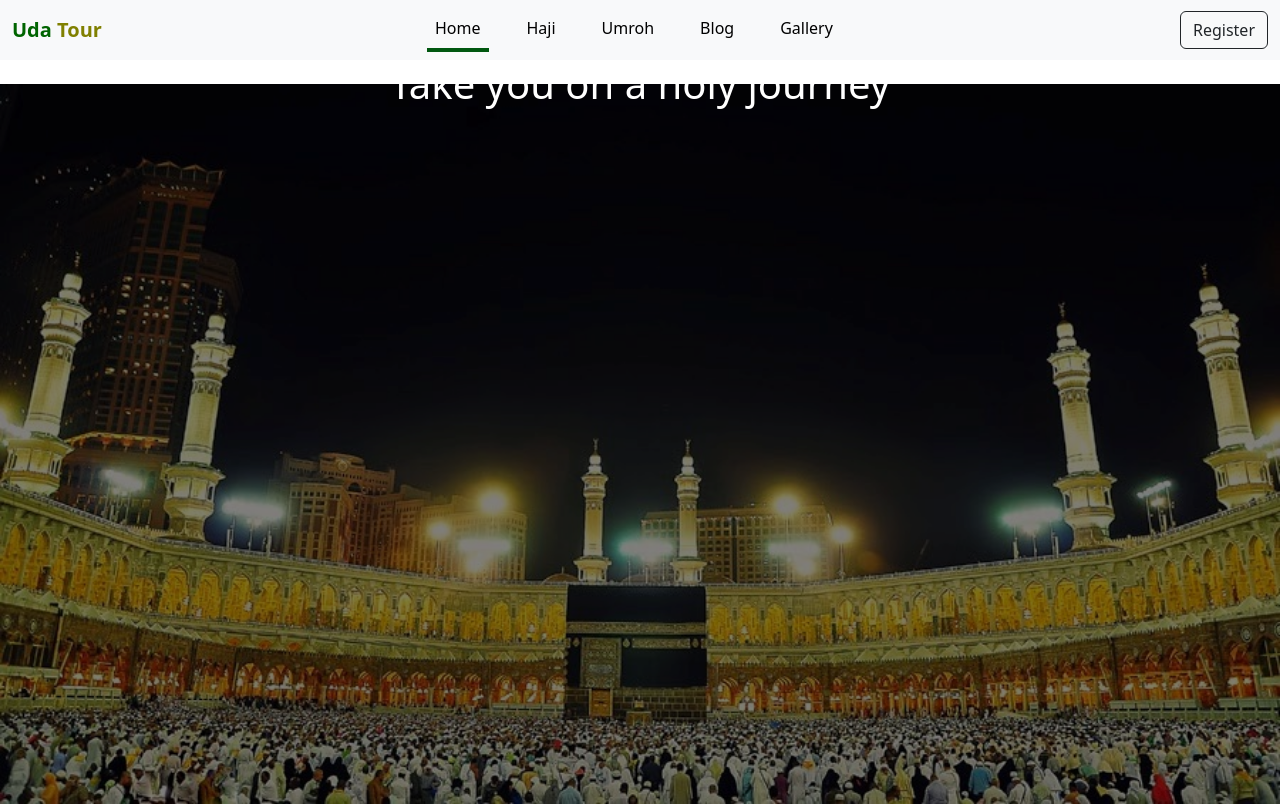
Repository: Putrabobi/Task7
Page: index.html
An editor plug-in stored every save of this project. The page is shown before and after the next save, followed by the edit.
The browser window is 1280 px wide. The pictures show the whole page.

Above is the page before, as saved 2024-03-25 10:35:02.

After the next save:
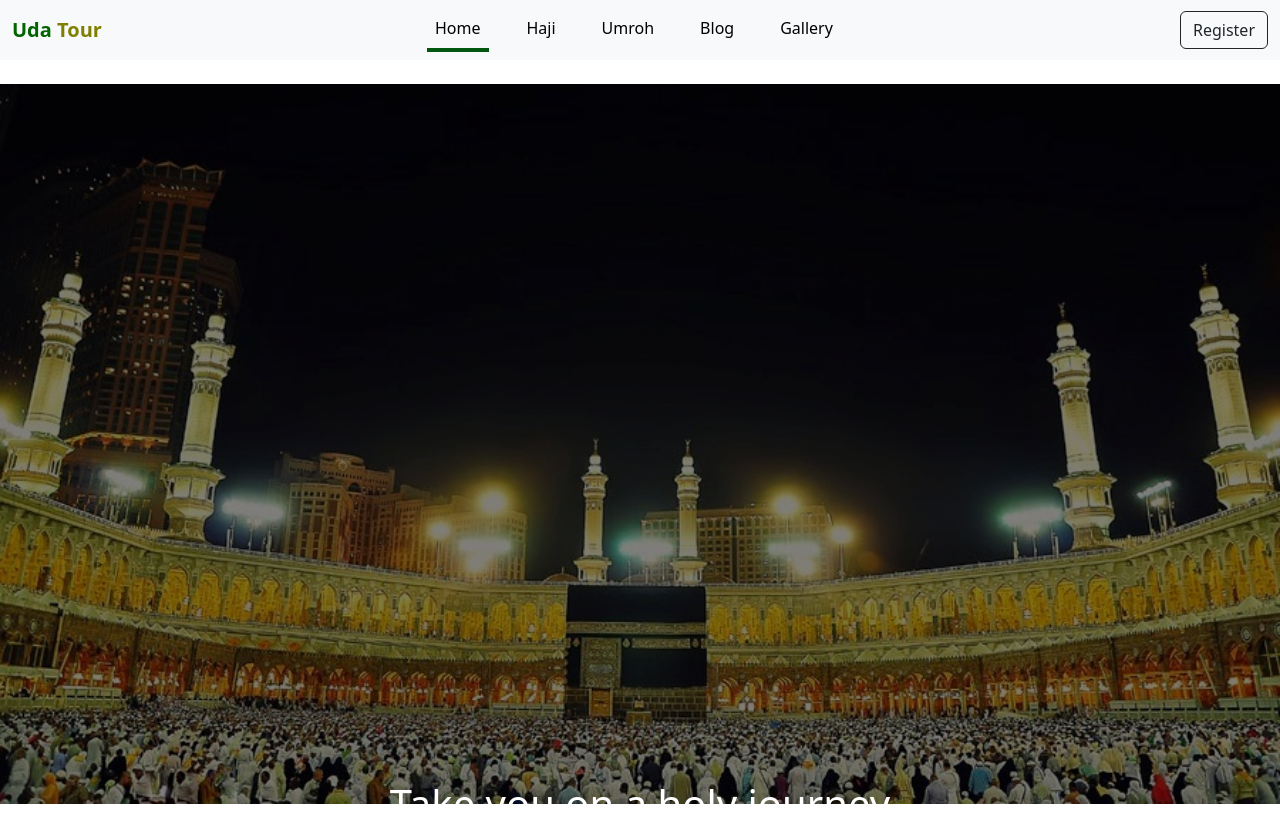
Saved 54 s later.
--- a/index.html
+++ b/index.html
@@ -48,7 +48,7 @@
 
     <div class="container-fluid p-0 position-relative">
         <img src="images/mekkah.jpg" style="filter: brightness(50%);" alt="Mekkah" width="100%">
-        <h1 class="position-absolute top-0 start-50 translate-middle text-center" style="color: white;">Take you on a holy journey</h1>
+        <h1 class="position-absolute top-25 start-50 translate-middle text-center" style="color: white;">Take you on a holy journey</h1>
     </div>
 
 

After the 3 saves that followed:
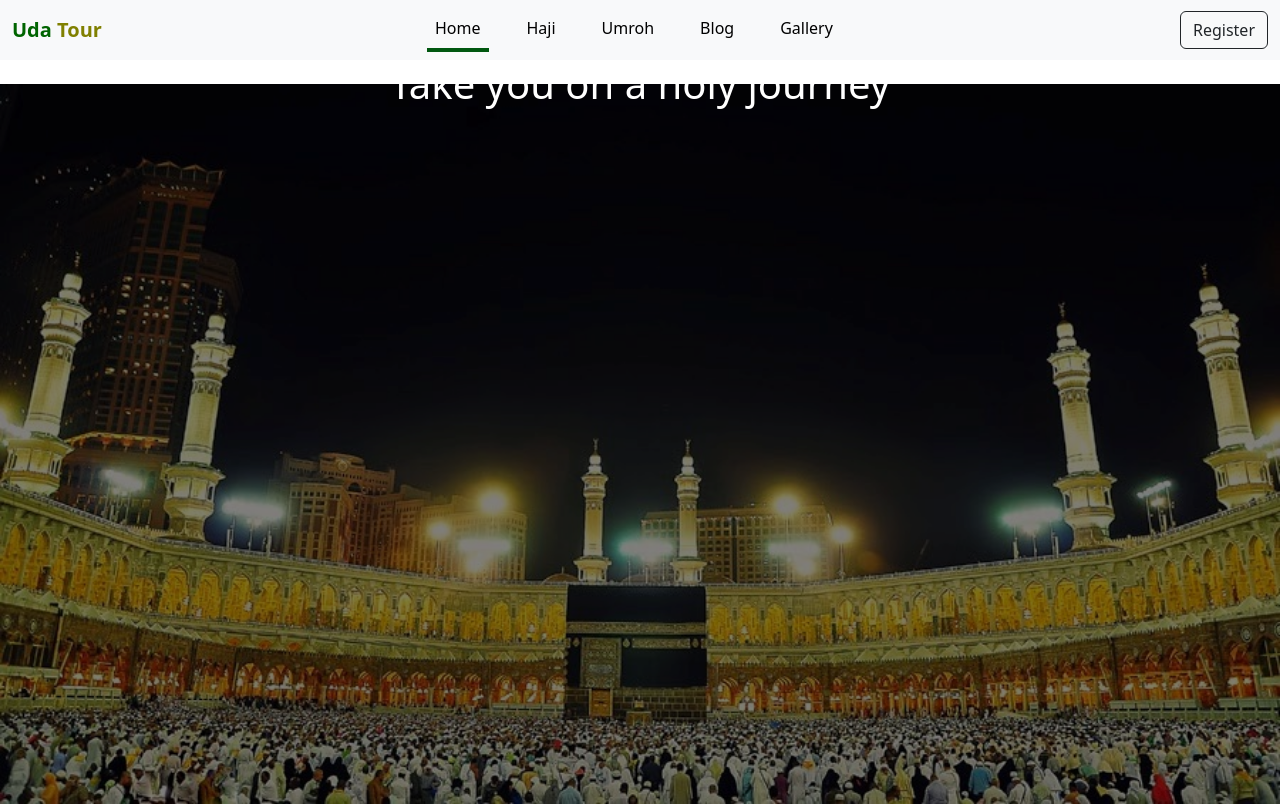
The 3 saves are shown as one change because 1 left the picture as it was and some came seconds apart.
The last was saved 13 s later.
--- a/index.html
+++ b/index.html
@@ -48,7 +48,7 @@
 
     <div class="container-fluid p-0 position-relative">
         <img src="images/mekkah.jpg" style="filter: brightness(50%);" alt="Mekkah" width="100%">
-        <h1 class="position-absolute top-25 start-50 translate-middle text-center" style="color: white;">Take you on a holy journey</h1>
+        <h1 class="position-absolute top-0 start-50 translate-middle text-center" style="color: white;">Take you on a holy journey</h1>
     </div>
 
 
